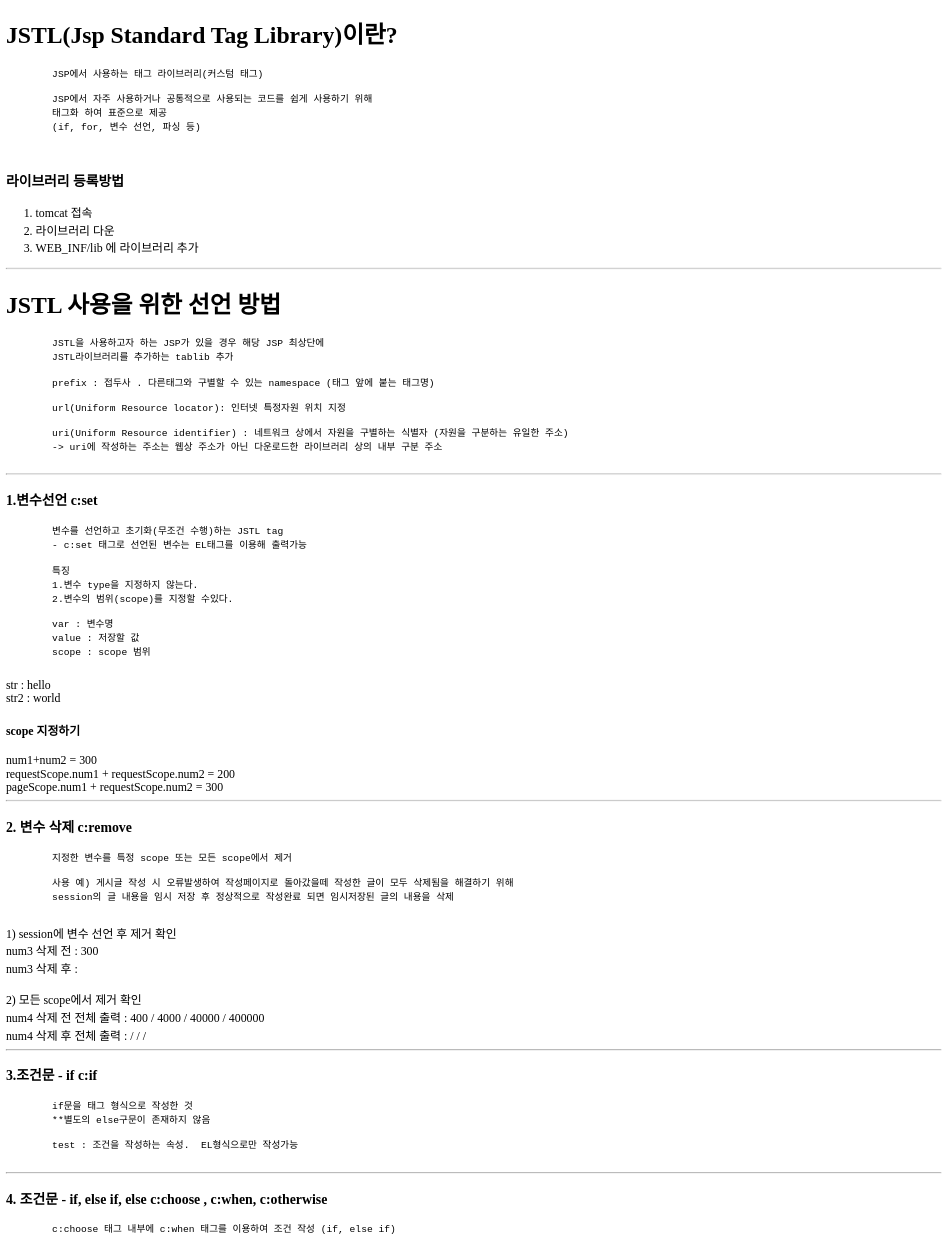
Repository: Seenee-Shin/servlet-jsp
Page: http://localhost/JSPProject/05_JSTL_1.jsp
The author's editor kept a copy of each file at every save. The page is drawn from the files as they stood at one save, then again after a run of saves.
The browser window is 1280 px wide. The pictures show the whole page, at 74% of full size.
The page is served by Tomcat 9. Other server files are loaded and not shown.

Above is the page before, as saved 2021-11-30 02:17:18.

### JSPProject/src/main/webapp/05_JSTL_1.jsp
<%@ page language="java" contentType="text/html; charset=UTF-8" pageEncoding="UTF-8"%>
<%@ taglib prefix="c" uri="http://java.sun.com/jsp/jstl/core" %>
<!DOCTYPE html>
<html lang="ko">
<head>
	<meta charset="UTF-8">
	<meta name="viewport" content="width=device-width, initial-scale=1.0">
	<title>05.JSTL 개요</title>
</head>
<body>
	<h1>JSTL(Jsp Standard Tag Library)이란?</h1>

	<pre>
	JSP에서 사용하는 태그 라이브러리(커스텀 태그)

	JSP에서 자주 사용하거나 공통적으로 사용되는 코드를 쉽게 사용하기 위해
	태그화 하여 표준으로 제공
	(if, for, 변수 선언, 파싱 등)

	</pre>

	<h3>라이브러리 등록방법</h3>
	<ol>
		<li>tomcat 접속</li>
		<li>라이브러리 다운</li>
		<li>WEB_INF/lib 에 라이브러리 추가</li>
	</ol>

	<hr>
	<h1> JSTL 사용을 위한 선언 방법</h1>
	<pre>
	JSTL을 사용하고자 하는 JSP가 있을 경우 해당 JSP 최상단에
	JSTL라이브러리를 추가하는 tablib 추가

	prefix : 접두사 . 다른태그와 구별할 수 있는 namespace (태그 앞에 붙는 태그명)

	url(Uniform Resource locator): 인터넷 특정자원 위치 지정

	uri(Uniform Resource identifier) : 네트워크 상에서 자원을 구별하는 식별자 (자원을 구분하는 유일한 주소)
	-> uri에 작성하는 주소는 웹상 주소가 아닌 다운로드한 라이브러리 상의 내부 구분 주소
	</pre>

	<hr>
	<h3>1.변수선언 c:set </h3>
	<pre>
	변수를 선언하고 초기화(무조건 수행)하는 JSTL tag
	- c:set 태그로 선언된 변수는 EL태그를 이용해 출력가능

	특징
	1.변수 type을 지정하지 않는다.
	2.변수의 범위(scope)를 지정할 수있다.

	var : 변수명
	value : 저장할 값
	scope : scope 범위
	</pre>

	<% String str = "hello"; %>
	str : <%= str %>
	<br>
	<c:set var="str2" value="world"></c:set>
	str2 : ${str2}

	<h4>scope 지정하기</h4>
	<c:set var="num1" value="100"/> <!-- scope 기본값은 page -->
	<c:set var="num2" value="200" scope="request"/>
	num1+num2 = ${num1 + num2}<br>

	requestScope.num1 + requestScope.num2 = ${requestScope.num1 + requestScope.num2} <br>
	pageScope.num1 + requestScope.num2 = ${pageScope.num1 + requestScope.num2} <br>

	<hr>
	<h3>2. 변수 삭제 c:remove</h3>
	<pre>
	지정한 변수를 특정 scope 또는 모든 scope에서 제거

	사용 예) 게시글 작성 시 오류발생하여 작성페이지로 돌아갔을떼 작성한 글이 모두 삭제됨을 해결하기 위해
	session의 글 내용을 임시 저장 후 정상적으로 작성완료 되면 임시저장된 글의 내용을 삭제
	</pre>

	1) session에 변수 선언 후 제거 확인 <br>
	<c:set var="num3" value="300" scope="session"/>
	num3 삭제 전 : ${sessionScope.num3} <br>
	<c:remove var="num3" scope="session"/> <!--session의 num3제거  -->
	num3 삭제 후 : ${sessionScope.num3} <br>
	<br>
	2) 모든 scope에서 제거 확인 <br>
	<c:set var="num4" value="400"/> <!-- page scope -->
	<c:set var="num4" value="4000" scope="request"/>
	<c:set var="num4" value="40000" scope="session"/>
	<c:set var="num4" value="400000" scope="application"/>

	num4 삭제 전 전체 출력 : ${num4} / ${requestScope.num4} / ${sessionScope.num4} / ${applicationScope.num4} <br>

	<c:remove var="num4"/>
	num4 삭제 후 전체 출력 : ${num4} / ${requestScope.num4} / ${sessionScope.num4} / ${applicationScope.num4} <br>

	<hr>
	<h3>3.조건문 - if  c:if</h3>
	<pre>
	if문을 태그 형식으로 작성한 것
	**별도의 else구문이 존재하지 않음

	test : 조건을 작성하는 속성.  EL형식으로만 작성가능
	</pre>

	<!-- 변수 선언 -->
	<c:set var="test1" value="10"/>
	<c:set var="test1" value="20"/>

	<!--c:if의 사용  -->
	<c:if test="${test1 > test2}">
		test1이 더 크다
	</c:if>

	<!-- else구문이 없으므로 필요시 반대 조건의 c:if 작성 -->
	<c:if test="${test1 <= test2}">
		test2가 크거나 같다
	</c:if>

	<hr>
	<h3>4. 조건문 - if, else if, else  c:choose , c:when, c:otherwise</h3>
	<pre>
	c:choose 태그 내부에 c:when 태그를 이용하여 조건 작성 (if, else if)
	</pre>

</body>
</html>

After the next 3 saves:
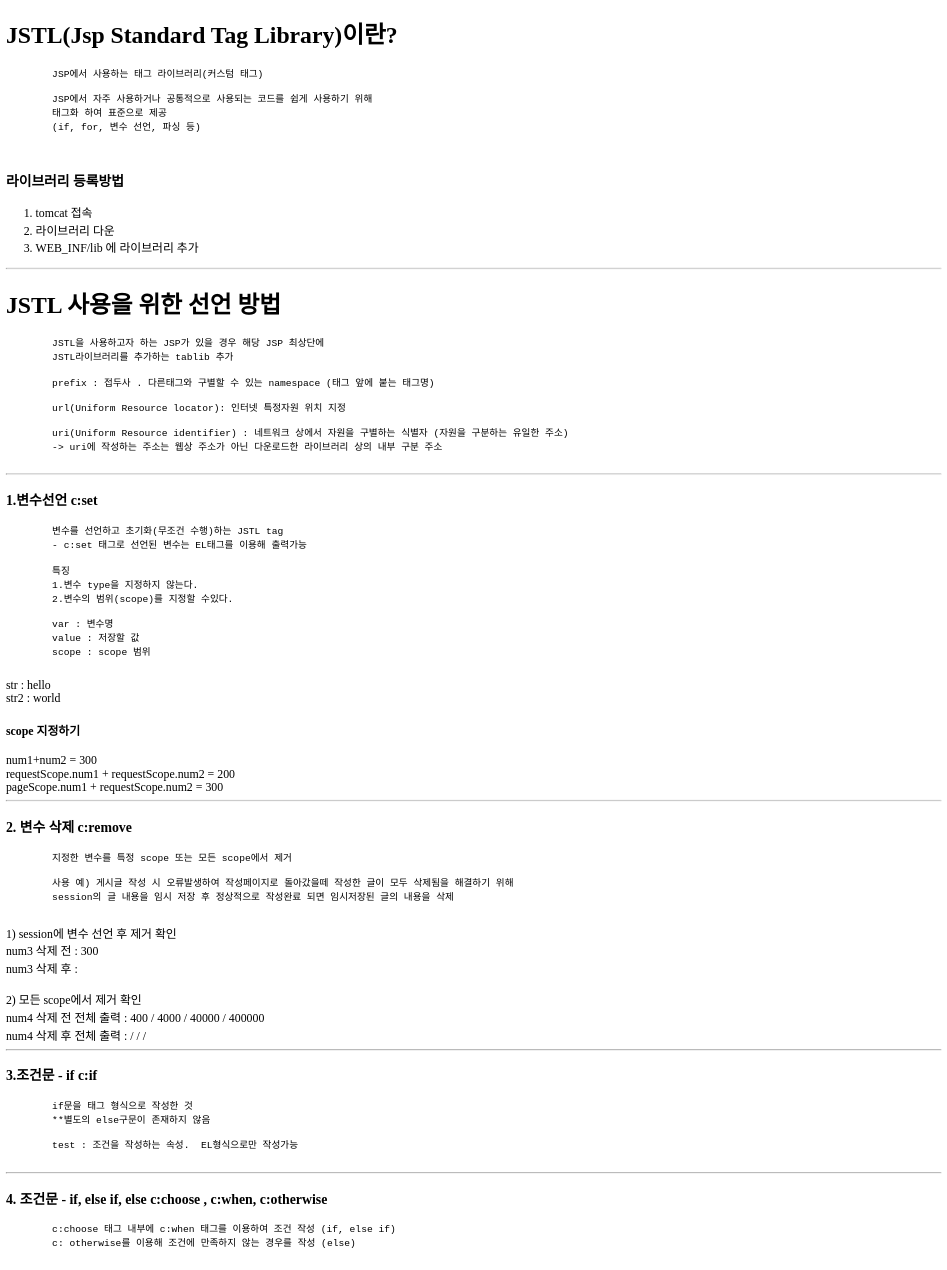
The 3 saves are shown as one change because they came seconds apart.
The last was saved 38 s later.
--- a/JSPProject/src/main/webapp/05_JSTL_1.jsp
+++ b/JSPProject/src/main/webapp/05_JSTL_1.jsp
@@ -122,6 +122,7 @@
 	<h3>4. 조건문 - if, else if, else  c:choose , c:when, c:otherwise</h3>
 	<pre>
 	c:choose 태그 내부에 c:when 태그를 이용하여 조건 작성 (if, else if)
+	c: otherwise를 이용해 조건에 만족하지 않는 경우를 작성 (else)
 	</pre>
 
 </body>
